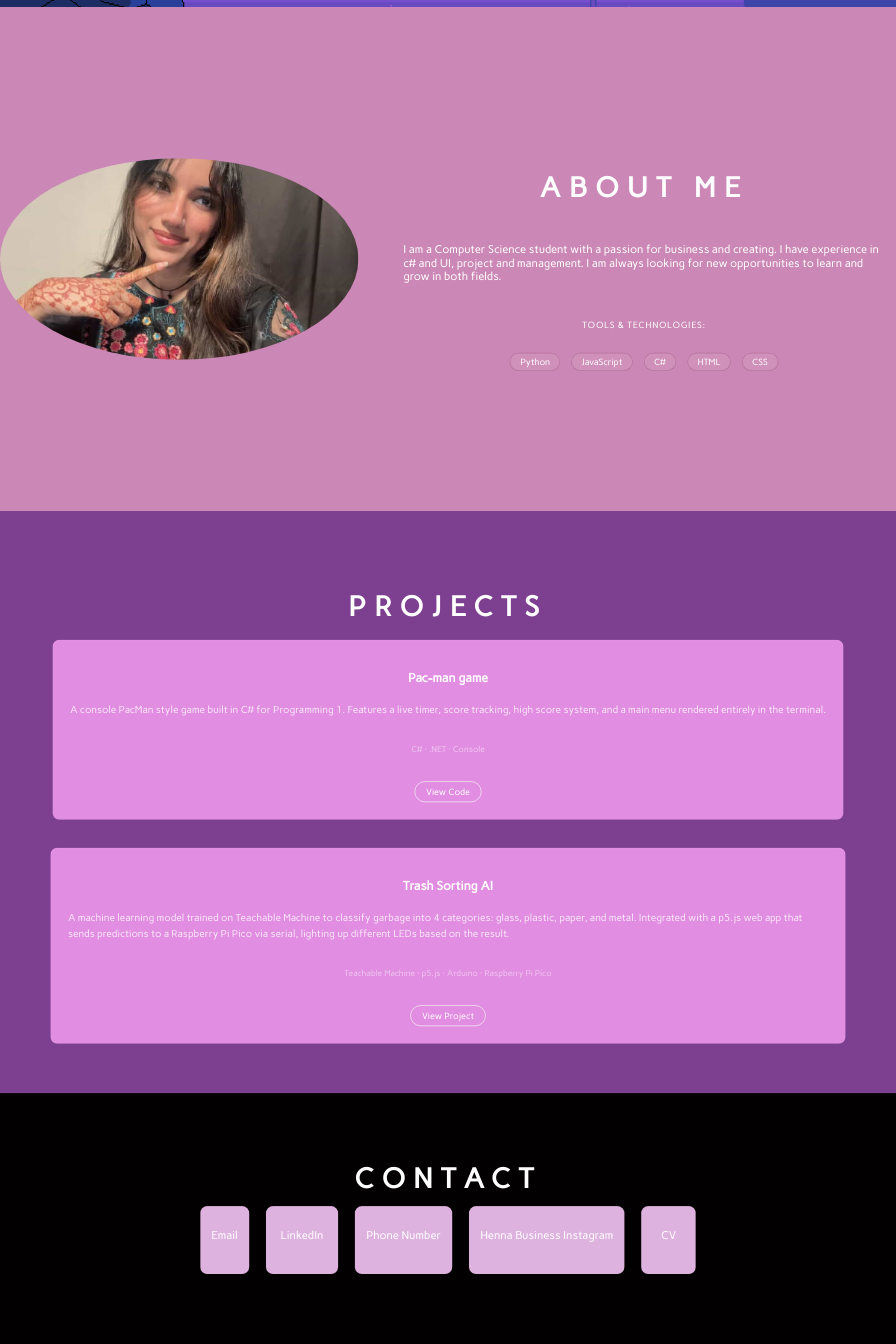
Repository: Rameen-A/Rameen-A
Page: index.html
These files come from the project's save history. The page is drawn as it stood at one moment and after the next save; the edit follows.
The browser window is 1280 px wide. The pictures show the part of the page from y = 750 to 2670 px (the page is 3160 px tall), at 70% of full size.

Above is the page before, as saved 2026-05-07 22:33:46.

After the next save:
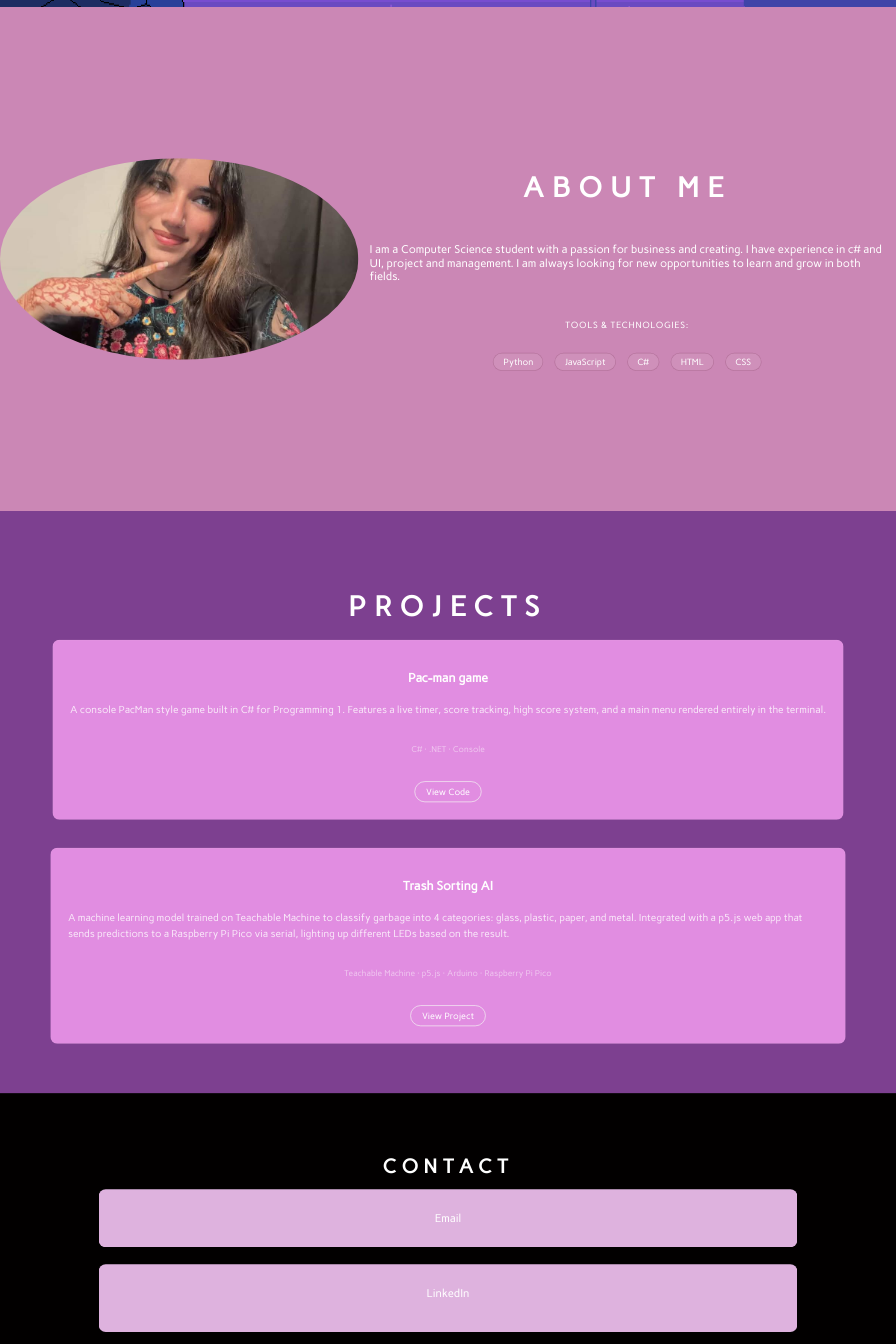
Saved 4 s later.
--- a/styles/index.css
+++ b/styles/index.css
@@ -282,38 +282,23 @@
   margin: 1rem;
 }
 
-/* Mobile-first navigation */
+/*mobile-first */
+
 nav ul {
   justify-content: center;
 }
-
-/* Tablet and desktop layouts */
+@media (min-width: 768px) {
+  .about h2,
+  .projects h2 {
+    font-size: 2.5rem;
+  }
+}
+
+/*Tablet and desktop support*/
+/* ! tablet and desktop views need work*/
+/*! project needs to expand and not stacked*/
 @media (min-width: 768px) {
   nav ul {
     justify-content: flex-end;
   }
-
-  .about {
-    flex-direction: row;
-    gap: 3rem;
-    text-align: left;
-  }
-
-  .cards {
-    flex-direction: row;
-    flex-wrap: wrap;
-    justify-content: center;
-  }
-
-  .contact-cards {
-    flex-direction: row;
-    flex-wrap: wrap;
-    justify-content: center;
-  }
-
-  .about h2,
-  .projects h2,
-  .contact h2 {
-    font-size: 2.5rem;
-  }
-}
+}

After the save that followed:
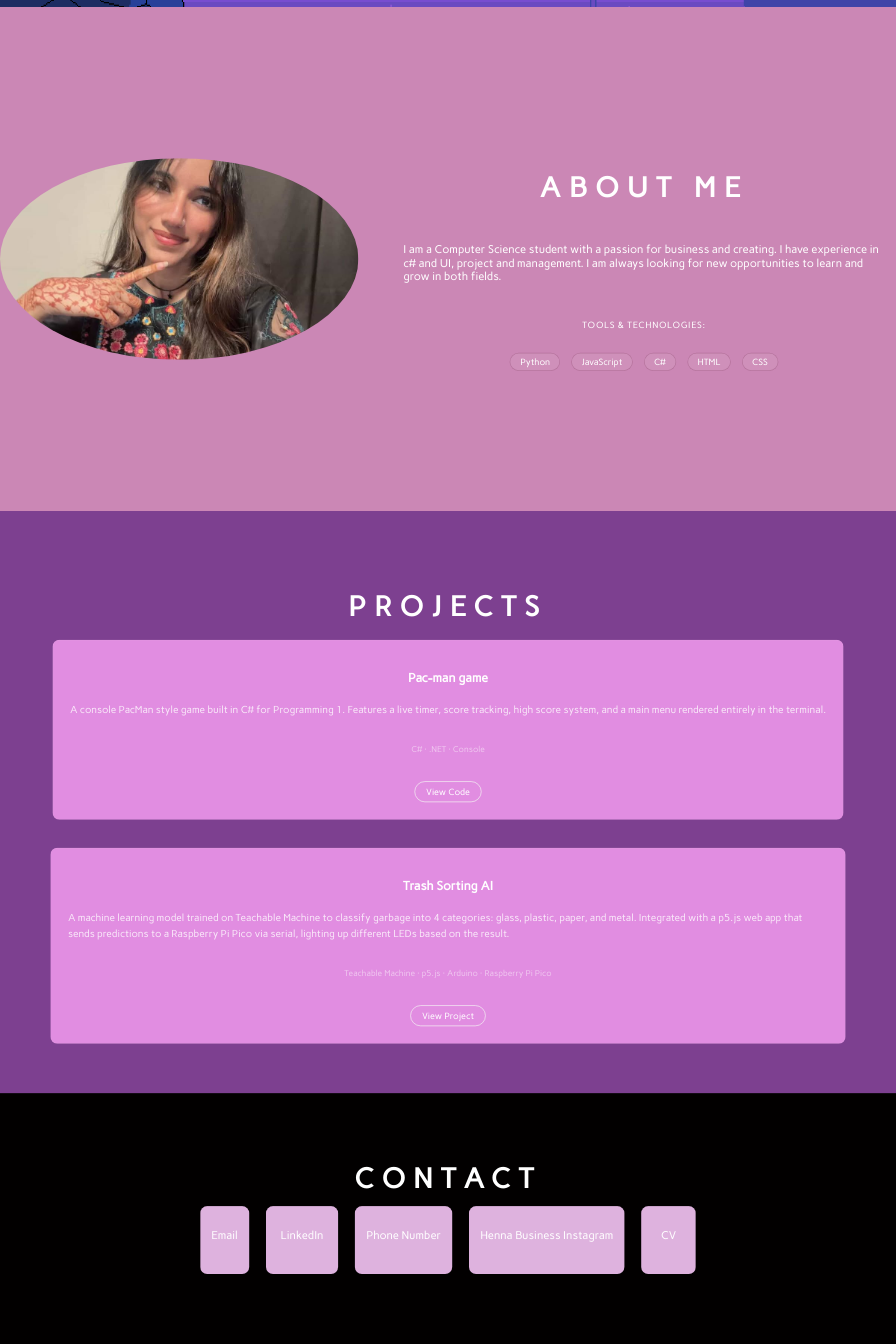
Saved 6 s later.
--- a/styles/index.css
+++ b/styles/index.css
@@ -282,23 +282,38 @@
   margin: 1rem;
 }
 
-/*mobile-first */
-
+/* Mobile-first navigation */
 nav ul {
   justify-content: center;
 }
-@media (min-width: 768px) {
-  .about h2,
-  .projects h2 {
-    font-size: 2.5rem;
-  }
-}
-
-/*Tablet and desktop support*/
-/* ! tablet and desktop views need work*/
-/*! project needs to expand and not stacked*/
+
+/* Tablet and desktop layouts */
 @media (min-width: 768px) {
   nav ul {
     justify-content: flex-end;
   }
-}
+
+  .about {
+    flex-direction: row;
+    gap: 3rem;
+    text-align: left;
+  }
+
+  .cards {
+    flex-direction: row;
+    flex-wrap: wrap;
+    justify-content: center;
+  }
+
+  .contact-cards {
+    flex-direction: row;
+    flex-wrap: wrap;
+    justify-content: center;
+  }
+
+  .about h2,
+  .projects h2,
+  .contact h2 {
+    font-size: 2.5rem;
+  }
+}
